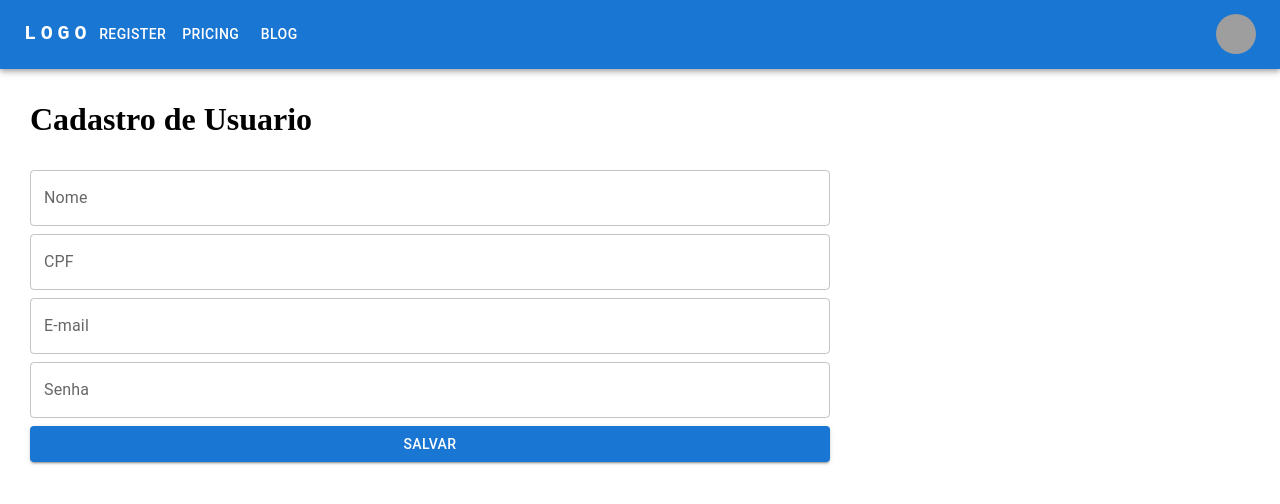
Repository: GabrielLeao02/sistema-react
Page: /register
The author's editor kept a copy of each file at every save. The page is drawn from the files as they stood at one save, then again after the next save.
The browser window is 1280 px wide. The pictures show the whole page.
Pictures or frames that could not be fetched are drawn as grey boxes. The project was rebuilt for these pictures with package versions that can differ from the ones it lists, and the page was loaded fresh each time. Also part of the build but not shown: src/presenter/home/home.tsx.

Above is the page before, as saved 2023-07-24 13:38:43.

### index.html
<!DOCTYPE html>
<html lang="en">
  <head>
    <meta charset="UTF-8" />
    <link rel="icon" type="image/svg+xml" href="/vite.svg" />
    <meta name="viewport" content="width=device-width, initial-scale=1.0" />
    <title>Vite + React + TS</title>
    <style>
      html, body{
        margin: 0;
        padding: 0;
        box-sizing: border-box;
      }
    </style>
  </head>
  <body>
    <div id="root"></div>
    <script type="module" src="/src/main.tsx"></script>
  </body>
</html>

### src/App.tsx

import { Routes, Route, BrowserRouter } from 'react-router-dom';
import Home from './presenter/home/home';
import Register from './presenter/register/register';
import NavBar from './presenter/navBar/navBar';

function App() {
	return (
		<>
			<NavBar />
			<BrowserRouter>
				<Routes>
					<Route path='/' element={<Home />} />
					<Route path='/home' element={<Home />} />
					<Route path='/register' element={<Register />} />
				</Routes>
			</BrowserRouter>
		</>
	);
}

export default App;

### src/presenter/register/register.tsx
import { styled } from "styled-components";
import Button from '@mui/material/Button';
import NavBar from '../navBar/navBar';
import { useState } from 'react';
import FormUser from "../form/formUser";

const ContainerStyled = styled.div`
  box-sizing: border-box;
  width: 80%;
  display: flex;
  justify-content: center;
  flex-direction: column;
  align-items: start;
  margin-top: 80px;
  margin-left: 30px;
`;

const DivRowStyled = styled.div`
    box-sizing: border-box;
    display: flex;
    gap: 5px 10px;
`


function Register() {
    const [mostrarBotao, setMostrar] = useState(true);

    return (
        <>

            <ContainerStyled>
                <h1>Cadastro de Usuario</h1>
                <FormUser />
            </ContainerStyled>
        </>
    )
}
export default Register

### src/presenter/navBar/navBar.tsx
import * as React from 'react';
import AppBar from '@mui/material/AppBar';
import Box from '@mui/material/Box';
import Toolbar from '@mui/material/Toolbar';
import IconButton from '@mui/material/IconButton';
import Typography from '@mui/material/Typography';
import Menu from '@mui/material/Menu';
import MenuIcon from '@mui/icons-material/Menu';
import Container from '@mui/material/Container';
import Avatar from '@mui/material/Avatar';
import Button from '@mui/material/Button';
import Tooltip from '@mui/material/Tooltip';
import MenuItem from '@mui/material/MenuItem';
import { styled } from "styled-components";

const NavBarStyled = styled.div`
  box-sizing: border-box;
  position: absolute;
  top: 0;
  width: 100%;
  display: flex;
  border: non;
  justify-content: space-between;
  align-items: center;
`;

const pages = ['register', 'Pricing', 'Blog'];
const settings = ['Profile', 'Account', 'Dashboard', 'Logout'];

const NavBar: React.VFC = () => {
    const [anchorElNav, setAnchorElNav] = React.useState<null | HTMLElement>(null);
    const [anchorElUser, setAnchorElUser] = React.useState<null | HTMLElement>(null);

    const handleOpenNavMenu = (event: React.MouseEvent<HTMLElement>) => {
        setAnchorElNav(event.currentTarget);
    };
    const handleOpenUserMenu = (event: React.MouseEvent<HTMLElement>) => {
        setAnchorElUser(event.currentTarget);
    };

    const handleCloseNavMenu = (event: string) => {
        window.location.href = "/" + event;
    };

    const handleCloseUserMenu = () => {
        setAnchorElUser(null);
    };

    return (
        <NavBarStyled>
            <AppBar position="static">
                <Container maxWidth="xl">
                    <Toolbar disableGutters>
                        <Typography
                            variant="h6"
                            noWrap
                            component="a"
                            href="/home"
                            sx={{
                                fontFamily: 'monospace',
                                fontWeight: 700,
                                letterSpacing: '.3rem',
                                color: 'inherit',
                                textDecoration: 'none',
                            }}
                        >
                            LOGO
                        </Typography>

                        <Box sx={{ flexGrow: 1, display: { xs: 'flex', md: 'none' } }}>
                            <IconButton
                                size="large"
                                aria-label="account of current user"
                                aria-controls="menu-appbar"
                                aria-haspopup="true"
                                onClick={handleOpenNavMenu}
                                color="inherit"
                            >
                                <MenuIcon />
                            </IconButton>
                            <Menu
                                id="menu-appbar"
                                anchorEl={anchorElNav}
                                anchorOrigin={{
                                    vertical: 'bottom',
                                    horizontal: 'left',
                                }}
                                keepMounted
                                transformOrigin={{
                                    vertical: 'top',
                                    horizontal: 'left',
                                }}
                                open={Boolean(anchorElNav)}
                                onClose={handleCloseNavMenu}
                                sx={{
                                    display: { xs: 'block', md: 'none' },
                                }}
                            >
                                {pages.map((page) => (
                                    <MenuItem key={page} onClick={() => handleCloseNavMenu(page)}>
                                        <Typography textAlign="center">{page}</Typography>
                                    </MenuItem>
                                ))}
                            </Menu>
                        </Box>

                        <Box sx={{ flexGrow: 1, display: { xs: 'none', md: 'flex' } }}>
                            {pages.map((page) => (
                                <Button
                                    key={page}
                                    onClick={() => handleCloseNavMenu(page)}
                                    sx={{ my: 2, color: 'white', display: 'block' }}
                                >
                                    {page}
                                </Button>
                            ))}
                        </Box>

                        <Box sx={{ flexGrow: 0 }}>
                            <Tooltip title="Open settings">
                                <IconButton onClick={handleOpenUserMenu} sx={{ p: 0 }}>
                                    <Avatar alt="Remy Sharp" src="/static/images/avatar/2.jpg" />
                                </IconButton>
                            </Tooltip>
                            <Menu
                                sx={{ mt: '45px' }}
                                id="menu-appbar"
                                anchorEl={anchorElUser}
                                anchorOrigin={{
                                    vertical: 'top',
                                    horizontal: 'right',
                                }}
                                keepMounted
                                transformOrigin={{
                                    vertical: 'top',
                                    horizontal: 'right',
                                }}
                                open={Boolean(anchorElUser)}
                                onClose={handleCloseUserMenu}
                            >
                                {settings.map((setting) => (
                                    <MenuItem key={setting} onClick={handleCloseUserMenu}>
                                        <Typography textAlign="center">{setting}</Typography>
                                    </MenuItem>
                                ))}
                            </Menu>
                        </Box>
                    </Toolbar>
                </Container>
            </AppBar>
        </NavBarStyled>
    );
};

export default NavBar;

### src/presenter/form/formUser.tsx
import React, { useState } from "react";
import Button from "@mui/material/Button";
import TextField from "@mui/material/TextField";
import styled from "styled-components";
import ContainerGlobal from "../containerGlobal/containerGlobal";
import { SelectChangeEvent } from '@mui/material/Select';
import { isCNPJ, formatToCNPJ, isCPF } from 'brazilian-values';
import bcrypt from 'bcryptjs';
const FormStyled = styled.div`
  box-sizing: border-box;
  display: flex;
  flex-direction: column;
  width: 100%;
  max-width: 800px;
  gap: 8px;
`;

function FormUser() {
    const [usuario_email_error, setUsuarioEmailError] = useState(false);
    const [emailErrorText, setEmailErrorText] = useState("");
    const [cpfErrorText, setCpfErrorText] = useState("");
    const [isCpf, setIsCpf] = useState(false);
    const [formData, setFormData] = useState({
        usuario_nome: "",
        usuario_cpf: "",
        usuario_email: "",
        usuario_senha: ""

    });

    const handleChange = (e: SelectChangeEvent<string[]> | React.ChangeEvent<{ name: string; value: unknown }>) => {
        const { name, value } = e.target as HTMLInputElement;
        setFormData((prevData) => ({ ...prevData, [name]: value }));
    };

    const isEmailValid = (email: string) => {
        // Expressão regular para validar o email
        const emailRegex = /^[^\s@]+@[^\s@]+\.[^\s@]+$/;
        return emailRegex.test(email);
    };


    const handleSubmit = async () => {
        try {
            const { usuario_nome, usuario_cpf, usuario_email, usuario_senha } = formData;

            if (!isCPF(usuario_cpf)) {
                setIsCpf(true)
                setCpfErrorText("Cpf Invalido!")
                return;
            } else {
                setIsCpf(false)
                setCpfErrorText("")
            }

            if (!isEmailValid(usuario_email)) {
                setUsuarioEmailError(true)
                setEmailErrorText("Insira um email valido!")
                return;
            } else {
                setUsuarioEmailError(false)
                setEmailErrorText("")
            }

            const saltRounds = 10;
            const hashedPassword = await bcrypt.hash(usuario_senha, saltRounds);
            formData.usuario_senha = hashedPassword;
            const response = await fetch("http://localhost:5000/salvarusuario", {
                method: "POST",
                headers: {
                    "Content-Type": "application/json",
                },
                body: JSON.stringify(formData),
            });

            if (!response.ok) {
                throw new Error("Erro ao salvar os dados do formulário");
            }

            console.log(response.json());
            // Opcionalmente, você pode redefinir os campos do formulário aqui
            setFormData({
                usuario_nome: "",
                usuario_cpf: "",
                usuario_email: "",
                usuario_senha: ""
            });
        } catch (error) {
            console.error(error);
        }
    };

    return (
        <>
            <ContainerGlobal>
                <FormStyled>
                    <TextField
                        id="usuario_nome"
                        name="usuario_nome"
                        label="Nome"
                        variant="outlined"
                        value={formData.usuario_nome}
                        onChange={handleChange}
                    />
                    <TextField
                        id="usuario_cpf"
                        name="usuario_cpf"
                        label="CPF"
                        error={isCpf}
                        variant="outlined"
                        value={formData.usuario_cpf}
                        onChange={handleChange}
                        helperText={cpfErrorText}
                    />
                    <TextField
                        id="usuario_email"
                        name="usuario_email"
                        error={usuario_email_error}
                        label="E-mail"
                        type="email"
                        variant="outlined"
                        value={formData.usuario_email}
                        onChange={handleChange}
                        helperText={emailErrorText}
                    />                    <TextField
                        id="usuario_senha"
                        name="usuario_senha"
                        error={usuario_email_error}
                        label="Senha"
                        type="password"
                        variant="outlined"
                        value={formData.usuario_senha}
                        onChange={handleChange}
                        helperText={emailErrorText}
                    />

                    <Button variant="contained" onClick={handleSubmit}>
                        Salvar
                    </Button>
                </FormStyled>
            </ContainerGlobal>
        </>
    );
}

export default FormUser;

### src/presenter/containerGlobal/containerGlobal.tsx
import styled from "styled-components";

const ContainerGlobal = styled.div`
    padding: 0px;
    box-sizing: border-box;
    width: 100%;
    margin: 10px 0px;
`
export default ContainerGlobal

Loaded but not shown: src/main.tsx (common file)

After the next save:
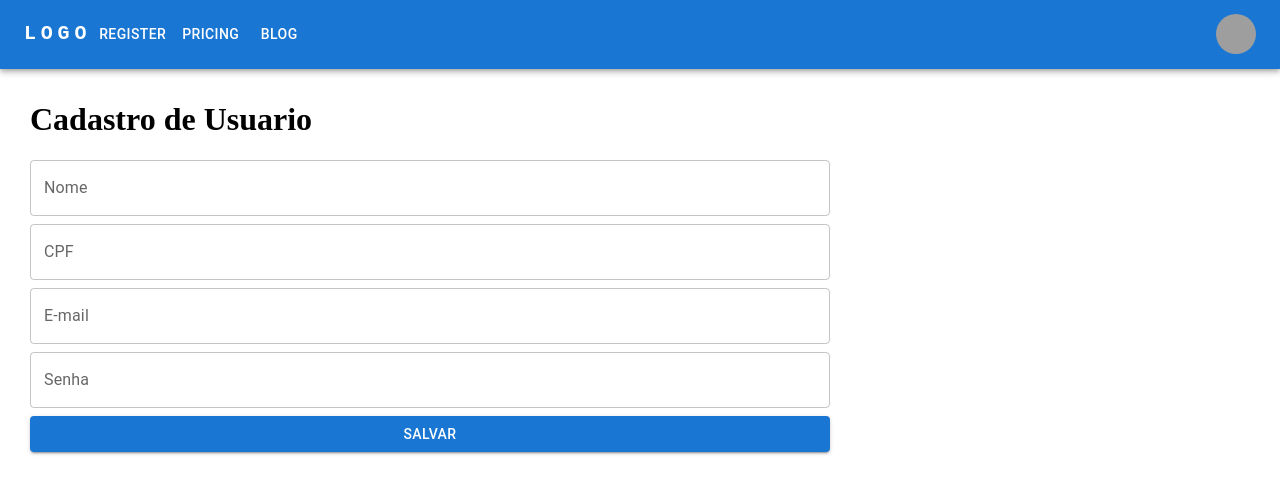
Saved 79 min 31 s later.
--- a/src/presenter/form/formUser.tsx
+++ b/src/presenter/form/formUser.tsx
@@ -92,7 +92,7 @@ function FormUser() {
 
     return (
         <>
-            <ContainerGlobal>
+
                 <FormStyled>
                     <TextField
                         id="usuario_nome"
@@ -138,7 +138,7 @@ function FormUser() {
                         Salvar
                     </Button>
                 </FormStyled>
-            </ContainerGlobal>
+
         </>
     );
 }
